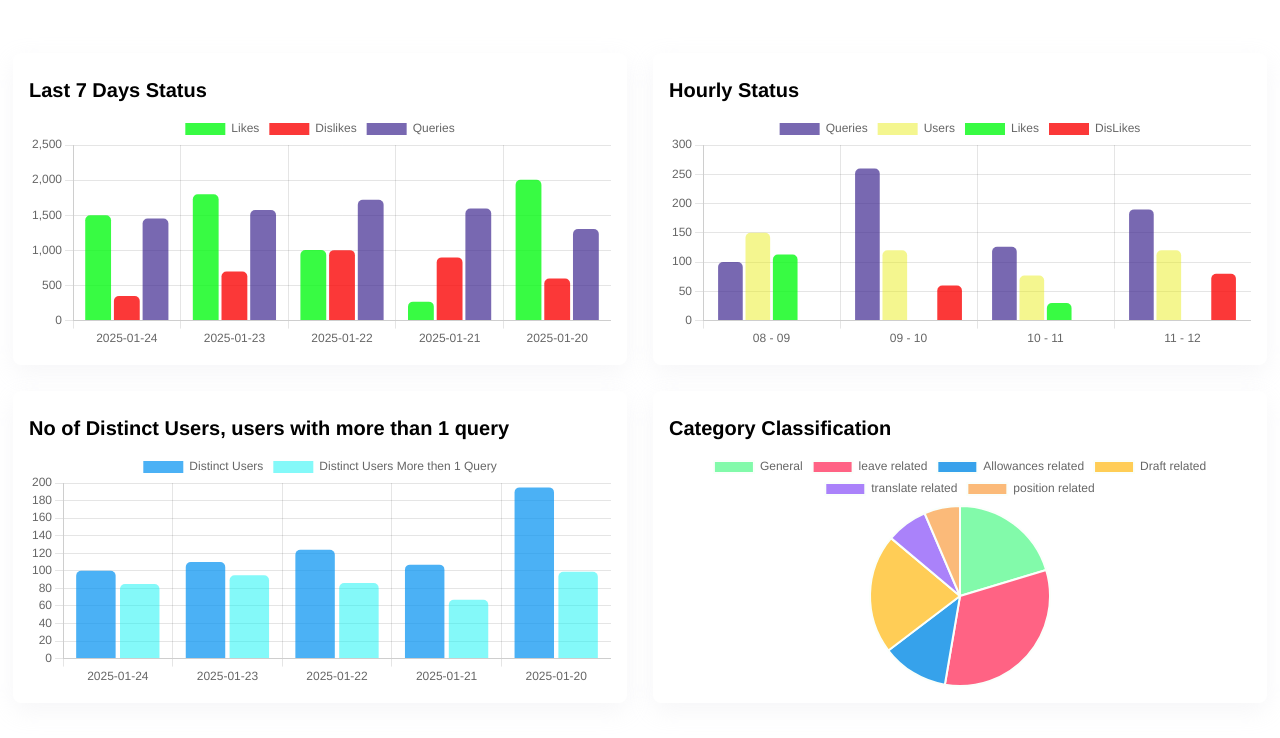
Repository: NAGARAJ-DEVELOPER/Dashboard
Page: /
The author's editor kept a copy of each file at every save. The page is drawn from the files as they stood at one save, then again after the next save.
The browser window is 1280 px wide. The pictures show the whole page.
The project was rebuilt for these pictures with package versions that can differ from the ones it lists, and the page was loaded fresh each time. Also part of the build but not shown: vite.config.js.

Above is the page before, as saved 2025-02-16 15:52:59.

After the next save:
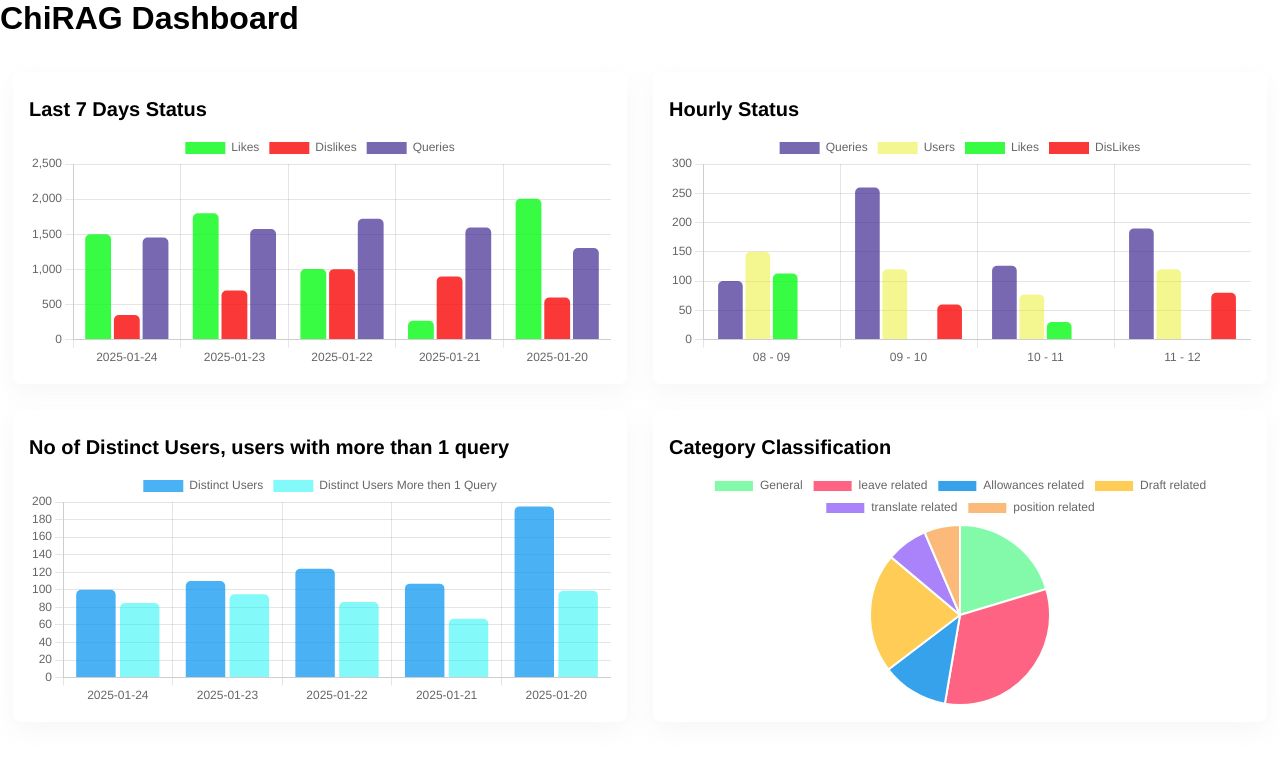
Saved 5 s later.
--- a/src/App.jsx
+++ b/src/App.jsx
@@ -47,7 +47,7 @@ export const App = () => {
   return (
    <>
    <div>
-    <br></br>
+   <h1>ChiRAG Dashboard</h1>
    </div>
     <div className="App">
 
